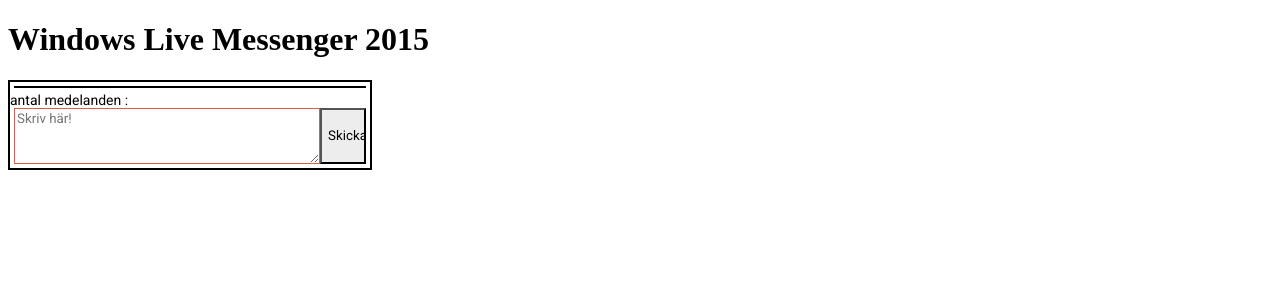
Repository: rs222kn/1dv403-laborationer
Page: 2-labbymezzage/index.html
The author's editor kept a record of every edit. The page is drawn from the files as they stood at one moment, then again after the next edit.
The browser window is 1280 px wide. The pictures show the whole page.

Above is the page before.

After the next edit:
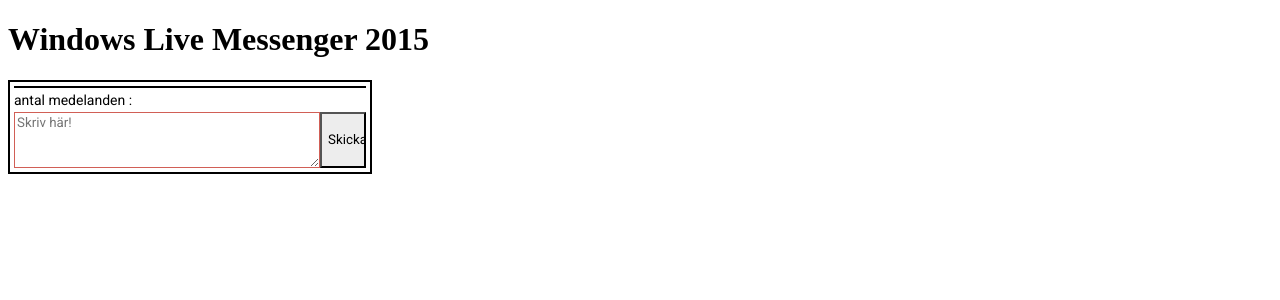
The edit:
--- a/2-labbymezzage/css/style.css
+++ b/2-labbymezzage/css/style.css
@@ -87,7 +87,8 @@
     font-size: 14px;
     margin: 0;
     padding: 0;
-
+    margin-left: 4px;
+    margin-bottom: 4px;
 
 }
 
